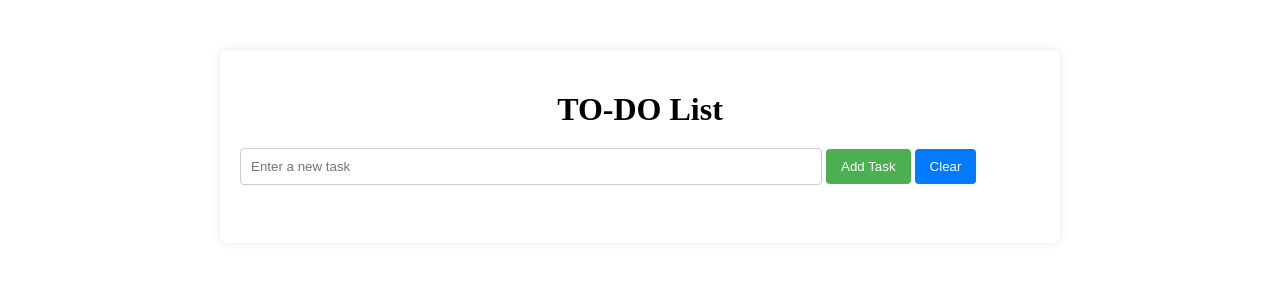
Repository: vpriyankaprabhu/to-do-list
Page: index.html
The author's editor kept a copy of each file at every save. The page is drawn from the files as they stood at one save, then again after a run of saves.
The browser window is 1280 px wide. The pictures show the whole page.

Above is the page before, as saved 2025-01-12 16:41:06.

After the next 2 saves:
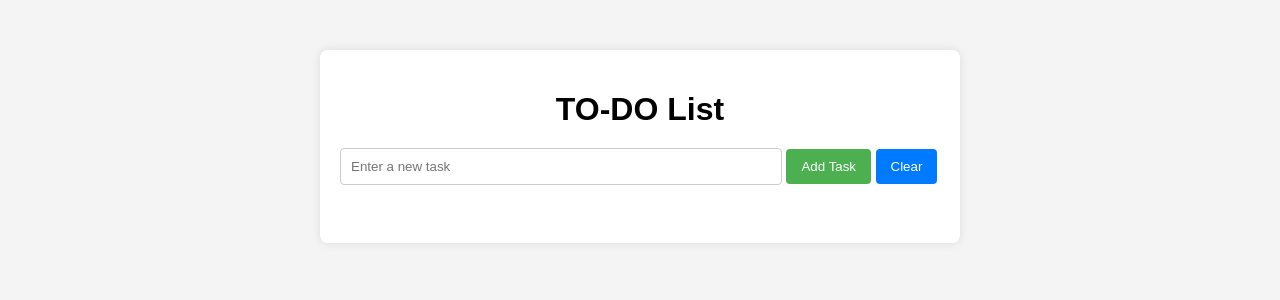
The 2 saves are shown as one change because they came seconds apart.
The last was saved 6 s later.
--- a/css/style.css
+++ b/css/style.css
@@ -1,7 +1,7 @@
 .hidden {
     display: none;
 }
-`
+
 body {
     font-family: Arial, sans-serif;
     background-color: #f4f4f4;
@@ -10,7 +10,7 @@ body {
 }
 
 .container {
-    max-width: 800px;
+    max-width: 600px;
     margin: 50px auto;
     background-color: white;
     padding: 20px;
